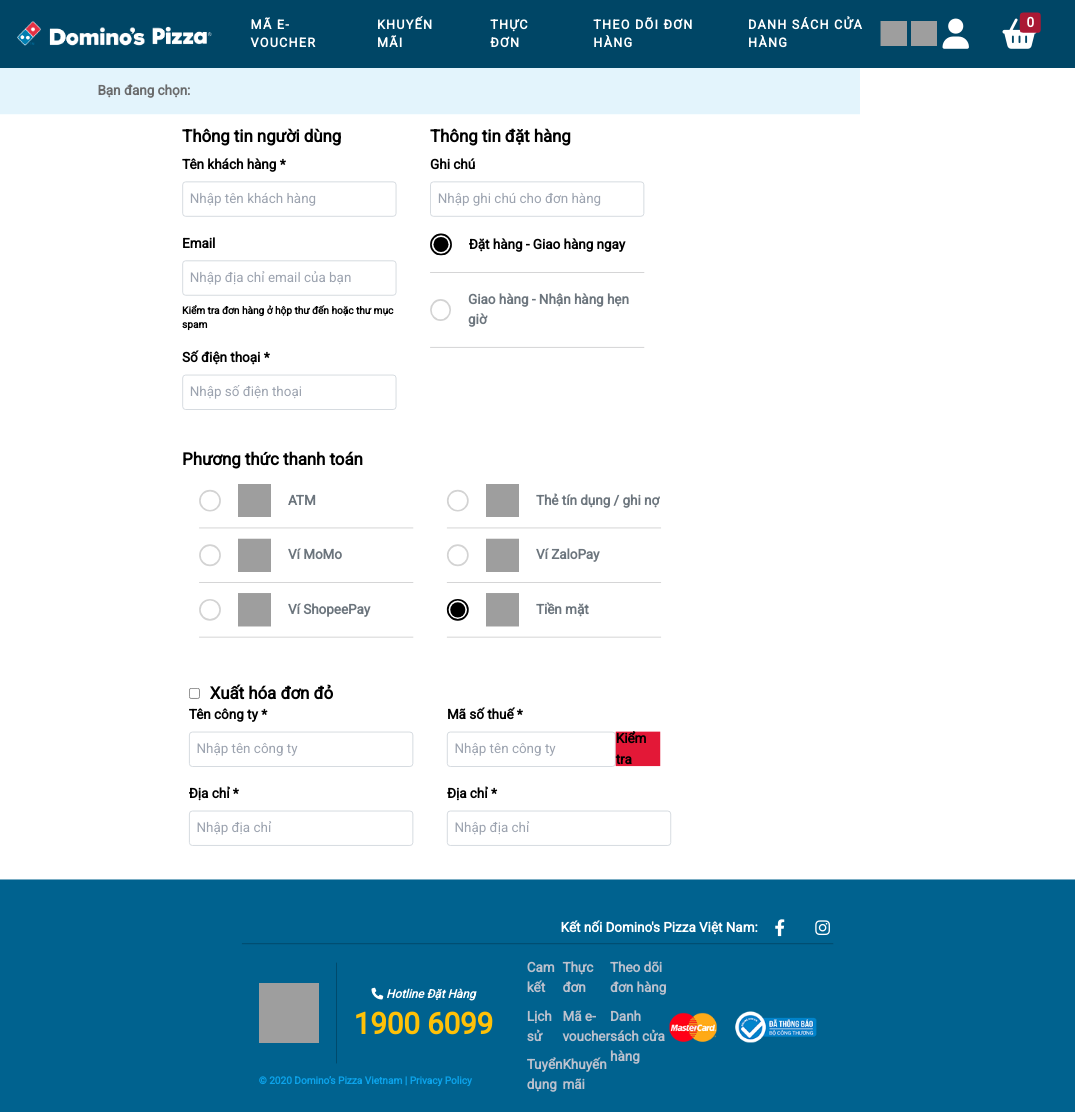
Repository: iphoneboy46/pizza-domino
Page: /thanhtoan
These files come from the project's save history. The page is drawn as it stood at one moment and after the next save; the edit follows.
The browser window is 1280 px wide. The pictures show the whole page, at 84% of full size.
Pictures or frames that could not be fetched are drawn as grey boxes. The page's requests for data from a server got no answer. Some web libraries are served in a nearby version. The project was rebuilt for these pictures with package versions that can differ from the ones it lists, and the page was loaded fresh each time. No one was signed in, and anything a server would have sent is missing. Also part of the build but not shown: src/components/Slides/Slides.css, src/components/Slides/Slides.js, src/components/SearchAddress/SearchAddress.css, src/components/SearchAddress/SearchAddress.js, src/components/page/Order/Order.js, src/components/page/Home/Home.css, src/components/page/Login/Login.css, src/components/page/InputField/InputField.js and 35 more.

Above is the page before, as saved 2023-03-01 14:02:03.

### public/index.html
<!DOCTYPE html>
<html lang="en">
  <head>
    <meta charset="utf-8" />
    <link rel="icon" href="%PUBLIC_URL%/favicon.ico" />
    <meta name="viewport" content="width=device-width, initial-scale=1" />
    <meta name="theme-color" content="#000000" />
    <meta
      name="description"
      content="Web site created using create-react-app"
    />
    <link rel="apple-touch-icon" href="%PUBLIC_URL%/logo192.png" />
    <link rel="stylesheet" href="https://cdnjs.cloudflare.com/ajax/libs/font-awesome/6.1.2/css/all.min.css" integrity="sha512-1sCRPdkRXhBV2PBLUdRb4tMg1w2YPf37qatUFeS7zlBy7jJI8Lf4VHwWfZZfpXtYSLy85pkm9GaYVYMfw5BC1A==" crossorigin="anonymous" referrerpolicy="no-referrer" />
    <!--
      manifest.json provides metadata used when your web app is installed on a
      user's mobile device or desktop. See https://developers.google.com/web/fundamentals/web-app-manifest/
    -->
    <link rel="manifest" href="%PUBLIC_URL%/manifest.json" />
    <!--
      Notice the use of %PUBLIC_URL% in the tags above.
      It will be replaced with the URL of the `public` folder during the build.
      Only files inside the `public` folder can be referenced from the HTML.

      Unlike "/favicon.ico" or "favicon.ico", "%PUBLIC_URL%/favicon.ico" will
      work correctly both with client-side routing and a non-root public URL.
      Learn how to configure a non-root public URL by running `npm run build`.
    -->
    <title>Pizza-Domino</title>
  </head>
  <body>
    <noscript>You need to enable JavaScript to run this app.</noscript>
    <div id="root"></div>
    <!--
      This HTML file is a template.
      If you open it directly in the browser, you will see an empty page.

      You can add webfonts, meta tags, or analytics to this file.
      The build step will place the bundled scripts into the <body> tag.

      To begin the development, run `npm start` or `yarn start`.
      To create a production bundle, use `npm run build` or `yarn build`.
    -->
  </body>
</html>

### src/App.css
@import url('https://fonts.googleapis.com/css2?family=Roboto:wght@300;400&display=swap');

* {
  padding: 0;
  margin: 0;
  box-sizing: border-box;
  font-family: 'Roboto', sans-serif;

}

ul {
  list-style: none;
}

a {
  text-decoration: none;
}

/* width */
::-webkit-scrollbar {
  width: 8px;
  z-index: 1;
}

/* Track */
::-webkit-scrollbar-track {
  background: transparent;
  z-index: 1;
}

/* Handle */
::-webkit-scrollbar-thumb {

  background: #bcc1cb;
  border-radius: 4px;
  z-index: 1;
}



/* Handle on hover */
::-webkit-scrollbar-thumb:hover {
  background: #555;
  z-index: 1;
}

.modal {
  position: fixed;
  top: 0;
  left: 0;
  right: 0;
  bottom: 0;
  z-index: 999;
  width: 100%;
  height: 100vh;
  background-color: rgba(31, 31, 31, 0.595);
}

@media only screen and (max-width: 768px) {
  ::-webkit-scrollbar{
    width: 8px;
    height: 4px;
    z-index: 1;
  }

  ::-webkit-scrollbar-thumb {
    background: #bcc1cb;
    border-radius: 4px;
    z-index: 1;
  }

}

### src/components/Store/Context.js
import {createContext} from 'react';

const Store = createContext();

export default Store;

### src/components/page/ThanhToan/ThanhToan.js
import React, { useContext, useState } from "react";
import Context from "../../Store/Context";
import { FastField, Formik } from "formik";
import * as Yup from "yup";
import InputField2 from "../InputField/InputField2";
import "./ThanhToan.css";
import Select from "react-select";
import { options } from "./Options";

function ThanhToan() {
  const { orderAddress } = useContext(Context);
  const [checked, setChecked] = useState(1);
  const [checkedPay, setCheckedPay] = useState(6);
  const [isChecked, setIsChecked] = useState(false);
  const [checkBox, setCheckBox] = useState(false);

  const initialValues = {
    email: "",
    password: "",
  };

  const validationSchema = Yup.object().shape({
    name: Yup.string().required("Vui lòng nhập tên khách hàng!"),
    phone: Yup.number().required("Vui lòng nhập số điện thoại!"),
  });

  const handleChecked = (id) => {
    setChecked(id);
    if (id === 2) {
      setIsChecked(true);
    } else {
      setIsChecked(false);
    }
  };

  const handleCheckedPay = (id) => {
    setCheckedPay(id);
  };

  const handleCheckBox = (id) => {
    setCheckBox(id);
  };

  return (
    <Formik initialValues={initialValues} validationSchema={validationSchema}>
      <div className="flex justify-between h-[auto] w-[100%]">
        <div className="pt-[80px] w-[80%] overflow-hidden">
          <div className="bg-[#e3f4fc] lg:flex md:flex hidden justify-between items-center">
            <div className="flex items-center  p-4 lg:ml-[100px] md:ml-100px text-[#6a6b6c] font-semibold">
              <h1 className="mr-5">Bạn đang chọn:</h1>
              <h1 className="mr-5 text-[#de1736]">
                {orderAddress.takeAway || orderAddress.deliver}
              </h1>
              <h1>{orderAddress.address}</h1>
            </div>
          </div>
          <div className="w-[60%] m-[auto] flex justify-between items-start p-3">
            <div className="flex-1 mr-10">
              <h1 className="font-bold text-xl mb-2">Thông tin người dùng</h1>
              <label className="font-bold block mb-2" htmlFor="name">
                Tên khách hàng *
              </label>
              <FastField
                name="name"
                component={InputField2}
                placeholder="Nhập tên khách hàng"
                type="text"
              />

              <label className="font-bold block mb-2" htmlFor="email">
                Email
              </label>
              <FastField
                name="email"
                component={InputField2}
                //prop truyen vao input field

                type="email"
                placeholder="Nhập địa chỉ email của bạn"
              />
              <span className="mt-[-10px] block text-xs font-bold mb-5">
                Kiểm tra đơn hàng ở hộp thư đến hoặc thư mục spam
              </span>

              <label className="font-bold block mb-2" htmlFor="email">
                Số điện thoại *
              </label>

              <FastField
                name="phone"
                component={InputField2}
                placeholder="Nhập số điện thoại"
              />
            </div>
            <div className="flex-1 mr-10">
              <h1 className="font-bold text-xl mb-2">Thông tin đặt hàng</h1>
              <label className="font-bold block mb-2" htmlFor="name">
                Ghi chú
              </label>
              <FastField
                name="ghichu"
                component={InputField2}
                placeholder="Nhập ghi chú cho đơn hàng"
                type="text"
              />
              <div>
                <div className="dat-thanh-toan flex items-center mb-5 border-b-[1px] border-[#CDCDCE] pb-5">
                  <input
                    className="input-thanh-toan"
                    id="dathang"
                    type="radio"
                    value="Đặt hàng - Giao hàng ngay"
                    checked={checked === 1}
                    onChange={() => {
                      handleChecked(1);
                    }}
                  />

                  <label for="dathang"></label>
                  <p
                    className={
                      checked === 1
                        ? "ml-5 text-[black] font-bold"
                        : "text-[#6c757d] ml-5 font-bold"
                    }
                  >
                    Đặt hàng - Giao hàng ngay
                  </p>
                </div>
                <div className="dat-thanh-toan flex items-center w-[100%] my-5 border-b-[1px] border-[#CDCDCE] pb-5">
                  <input
                    className="input-thanh-toan"
                    id="giaohang"
                    type="radio"
                    value="Giao hàng - Nhận hàng hẹn giờ"
                    checked={checked === 2}
                    onChange={() => {
                      handleChecked(2);
                    }}
                  />

                  <label for="giaohang"></label>
                  <p
                    className={
                      checked === 2
                        ? "ml-5 text-[black] font-bold"
                        : "text-[#6c757d] ml-5 font-bold"
                    }
                  >
                    Giao hàng - Nhận hàng hẹn giờ
                  </p>
                </div>
                {isChecked && (
                  <div className="w-[100%]">
                    <Select
                      placeholder="Chọn giờ nhận hàng"
                      options={options}
                    />
                  </div>
                )}
              </div>
            </div>
          </div>
          <div className="w-[60%] m-[auto] p-3">
            <h1 className="font-bold text-xl mb-2">Phương thức thanh toán</h1>
            <div className="w-[100%] flex justify-between items-center px-5 py-2">
              <div className="w-[100%] mr-5">
                <div className="dat-thanh-toan flex items-center w-[100%] mb-3 border-b-[1px] border-[#CDCDCE] pb-3">
                  <input
                    className="input-thanh-toan"
                    id="atm"
                    type="radio"
                    value="Đặt hàng - Giao hàng ngay"
                    checked={checkedPay === 1}
                    onChange={() => {
                      handleCheckedPay(1);
                    }}
                  />

                  <label for="atm"></label>
                  <p
                    className={
                      checkedPay === 1
                        ? "ml-5 text-[black] font-bold flex items-center"
                        : "text-[#6c757d] ml-5 font-bold flex items-center"
                    }
                  >
                    <img
                      className="w-[40px] h-[40px] mr-5"
                      src="https://img.dominos.vn/icon-payment-method-atm.png"
                      alt=""
                    />{" "}
                    ATM
                  </p>
                </div>
                <div className="dat-thanh-toan flex items-center w-[100%] mb-3 border-b-[1px] border-[#CDCDCE] pb-3">
                  <input
                    className="input-thanh-toan"
                    id="momo"
                    type="radio"
                    value="Đặt hàng - Giao hàng ngay"
                    checked={checkedPay === 2}
                    onChange={() => {
                      handleCheckedPay(2);
                    }}
                  />

                  <label for="momo"></label>
                  <p
                    className={
                      checkedPay === 2
                        ? "ml-5 text-[black] font-bold flex items-center"
                        : "text-[#6c757d] ml-5 font-bold flex items-center"
                    }
                  >
                    <img
                      className="w-[40px] h-[40px] mr-5"
                      src="https://img.dominos.vn/icon-payment-method-mo-mo.png"
                      alt=""
                    />{" "}
                    Ví MoMo
                  </p>
                </div>
                <div className="dat-thanh-toan flex items-center w-[100%] mb-3 border-b-[1px] border-[#CDCDCE] pb-3">
                  <input
                    className="input-thanh-toan"
                    id="shopee"
                    type="radio"
                    value="Đặt hàng - Giao hàng ngay"
                    checked={checkedPay === 3}
                    onChange={() => {
                      handleCheckedPay(3);
                    }}
                  />

                  <label for="shopee"></label>
                  <p
                    className={
                      checkedPay === 3
                        ? "ml-5 text-[black] font-bold flex items-center"
                        : "text-[#6c757d] ml-5 font-bold flex items-center"
                    }
                  >
                    <img
                      className="w-[40px] h-[40px] mr-5"
                      src="https://img.dominos.vn/shoppepay.png"
                      alt=""
                    />{" "}
                    Ví ShopeePay
                  </p>
                </div>
              </div>
              <div className="w-[100%] ml-5">
                <div className="dat-thanh-toan flex items-center w-[100%] mb-3 border-b-[1px] border-[#CDCDCE] pb-3">
                  <input
                    className="input-thanh-toan"
                    id="tindung"
                    type="radio"
                    value="Đặt hàng - Giao hàng ngay"
                    checked={checkedPay === 4}
                    onChange={() => {
                      handleCheckedPay(4);
                    }}
                  />

                  <label for="tindung"></label>
                  <p
                    className={
                      checkedPay === 4
                        ? "ml-5 text-[black] font-bold flex items-center"
                        : "text-[#6c757d] ml-5 font-bold flex items-center"
                    }
                  >
                    <img
                      className="w-[40px] h-[40px] mr-5"
                      src="https://img.dominos.vn/icon-payment-method-credit.png"
                      alt=""
                    />{" "}
                    Thẻ tín dụng / ghi nợ
                  </p>
                </div>
                <div className="dat-thanh-toan flex items-center w-[100%] mb-3 border-b-[1px] border-[#CDCDCE] pb-3">
                  <input
                    className="input-thanh-toan"
                    id="zalo"
                    type="radio"
                    value="Đặt hàng - Giao hàng ngay"
                    checked={checkedPay === 5}
                    onChange={() => {
                      handleCheckedPay(5);
                    }}
                  />

                  <label for="zalo"></label>
                  <p
                    className={
                      checkedPay === 5
                        ? "ml-5 text-[black] font-bold flex items-center"
                        : "text-[#6c757d] ml-5 font-bold flex items-center"
                    }
                  >
                    <img
                      className="w-[40px] h-[40px] mr-5"
                      src="https://img.dominos.vn/icon-payment-method-zalo-pay.png"
                      alt=""
                    />{" "}
                    Ví ZaloPay
                  </p>
                </div>
                <div className="dat-thanh-toan flex items-center w-[100%] mb-3 border-b-[1px] border-[#CDCDCE] pb-3">
                  <input
                    className="input-thanh-toan"
                    id="tienmat"
                    type="radio"
                    value="Đặt hàng - Giao hàng ngay"
                    checked={checkedPay === 6}
                    onChange={() => {
                      handleCheckedPay(6);
                    }}
                  />

                  <label for="tienmat"></label>
                  <p
                    className={
                      checked === 6
                        ? "ml-5 text-[black] font-bold flex items-center"
                        : "text-[#6c757d] ml-5 font-bold flex items-center"
                    }
                  >
                    <img
                      className="w-[40px] h-[40px] mr-5"
                      src="https://img.dominos.vn/cash.png"
                      alt=""
                    />{" "}
                    Tiền mặt
                  </p>
                </div>
              </div>
            </div>
          </div>
          <div className="w-[60%] m-[auto] p-5">
            <div className="flex items-center">
              <input
                onChange={() => {
                  handleCheckBox(!checkBox);
                }}
                type="checkbox"
                checked={checkBox}
              />{" "}
              <h1 className="text-xl font-bold ml-3">Xuất hóa đơn đỏ</h1>
            </div>
            <div className="flex justify-between items-start w-[100%]">
              <div className="w-[100%] mr-5">
                <label className="font-bold block mb-2" htmlFor="nameCompany">
                  Tên công ty *
                </label>
                <FastField
                  name="nameCompany"
                  component={InputField2}
                  placeholder="Nhập tên công ty"
                  type="text"
                />

                <label className="font-bold block mb-2" htmlFor="address">
                  Địa chỉ *
                </label>
                <FastField
                  name="address"
                  component={InputField2}
                  //prop truyen vao input field

                  type="text"
                  placeholder="Nhập địa chỉ"
                />
              </div>
              <div className="w-[100%] ml-5">
                <div className="w-[100%]" >
                  <label className="font-bold block mb-2" htmlFor="nameCompany">
                    Mã số thuế *
                  </label>
                  <div className="flex w-[100%]">
                    <FastField
                    className="w-[80%]"
                      name="nameCompany"
                      component={InputField2}
                      placeholder="Nhập tên công ty"
                      type="text"
                    />
                    <div className="w-[20%] flex justify-center items-center font-bold bg-[#E31837] h-[41px]">Kiểm tra</div>
                  </div>
                </div>

                <label className="font-bold block mb-2" htmlFor="address">
                  Địa chỉ *
                </label>
                <FastField
                  name="address"
                  component={InputField2}
                  //prop truyen vao input field

                  type="text"
                  placeholder="Nhập địa chỉ"
                />
              </div>
            </div>
          </div>
        </div>

        <div className="w-[20%]"></div>
      </div>
    </Formik>
  );
}

export default ThanhToan;

### src/components/page/ThanhToan/ThanhToan.css
.dat-thanh-toan > label{
    width: 26px;
    height: 26px;
    border: 2px solid lightgrey;
    border-radius: 50%;
    display: inline-block;
    position: relative;
}

.dat-thanh-toan > label:after {
    content: "";
    position: absolute;
    width: 18px;
    height: 18px;
    border-radius: 50%;
    top: 50%;
    left: 50%;
    transform: translate(-50%,-50%);
    background-color:black;
    display: none;
}

.dat-thanh-toan > label::before {
    content: "";
    width: 26px;
    height: 26px;
    border: 2px solid black;
    border-radius: 50%;
    display: inline-block;
    position: absolute;
    top: -2px;
    left: -2px;
    display: none;
}


/* .input-dat-hang{
    display: block !important;
} */

.input-thanh-toan:checked ~  label::after {
    display: block;
}



.input-thanh-toan:checked ~  label::before {
    display: block;
}

### src/components/page/SignIn/SignIn.css
.email:focus{
    border-color:#80bdff !important;
    border-style: solid;
    outline: none;
    box-shadow: 0px 0px 12px #80bdff;
}

.pass-word:focus{
    border-color:#80bdff !important;
    border-style: solid;
    outline: none;
    box-shadow: 0px 0px 12px #80bdff;
}

### src/components/page/Order/Order.css
input[type="radio"] {
    display: none;
}

.labelOd:before {
    width: 30px;
    height: 30px;
    border-radius: 50%;
    position: absolute;
    top: -4px;
    left: -35px;
    content: '';
    background: #fff;
    border: 1px solid lightgray;
}

input[type="radio"]:checked ~ .labelOd:after {
    width: 20px;
    height: 20px;
    border-radius: 50%;
    position: absolute;
    top: 1px;
    left: -30px;
    content: '';
    background:black;
}

input[type="radio"]:checked ~ .labelOd::before {
    width: 30px;
    height: 30px;
    border-radius: 50%;
    position: absolute;
    padding: 10px;
    top: -4px;
    left: -35px;
    content: '';
    border: 1px solid black;
}

### src/components/page/OrderEdit/OrderEdit.css
input[type="radio"] {
    display: none;
}

.labelOd:before {
    width: 30px;
    height: 30px;
    border-radius: 50%;
    position: absolute;
    top: -4px;
    left: -35px;
    content: '';
    background: #fff;
    border: 1px solid lightgray;
}

input[type="radio"]:checked ~ .labelOd:after {
    width: 20px;
    height: 20px;
    border-radius: 50%;
    position: absolute;
    top: 1px;
    left: -30px;
    content: '';
    background:black;
}

input[type="radio"]:checked ~ .labelOd::before {
    width: 30px;
    height: 30px;
    border-radius: 50%;
    position: absolute;
    padding: 10px;
    top: -4px;
    left: -35px;
    content: '';
    border: 1px solid black;
}

### tailwind.config.js
/** @type {import('tailwindcss').Config} */
module.exports = {
    content: [
        "./src/**/*.{js,jsx,ts,tsx}",
    ],
    theme: {
        extend: {

        },
        colors:{
            'wh' : 'rgba(255, 255, 255, 0.75)',
            'wh1' : 'rgba(255, 255, 255, 0.1)',
            'white' : '#fff',
            'yellowcustom': '#ffc107',
            'graycustom':'#bcc1cd',
            'shadowColor': 'rgb(0 42 61 / 16%)'
        }
    },
    plugins: [],
}

Loaded but not shown: src/index.css (common file); src/reportWebVitals.js (common file); src/components/Data/Data.js (1146 lines, source omitted); src/components/Header/Header.js (198 lines, source omitted); src/components/Store/Provider.js (185 lines, source omitted); src/components/Footer/Footer.js (105 lines, source omitted); src/components/page/ThanhToan/Options.js (271 lines, source omitted); src/App.js (95 lines, source omitted); src/routes/Routes.js (31 lines, source omitted); src/components/page/InputField/InputField2.js (30 lines, source omitted); src/index.js (21 lines, source omitted)

After the next save:
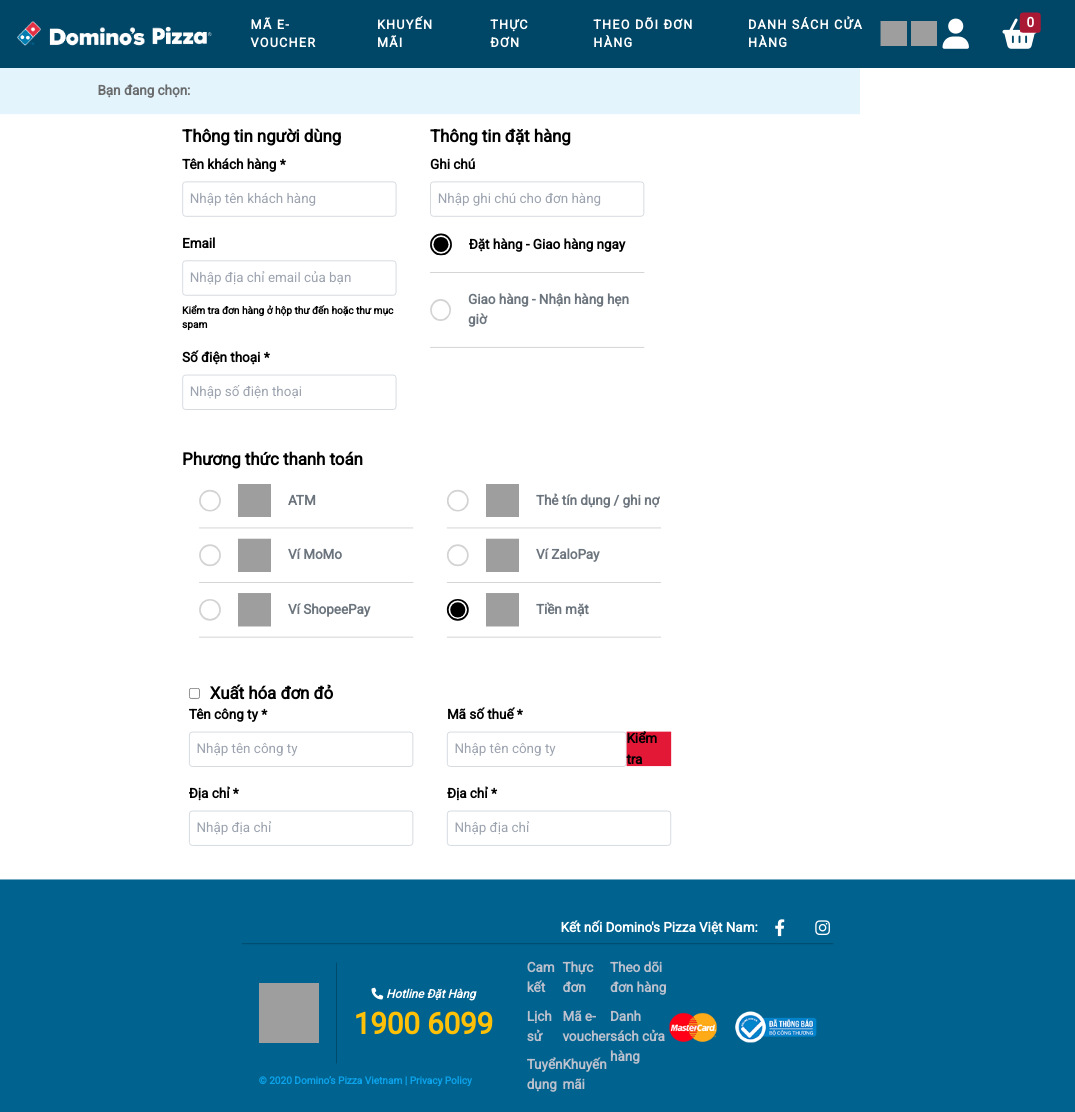
Saved 19 s later.
--- a/src/components/page/ThanhToan/ThanhToan.js
+++ b/src/components/page/ThanhToan/ThanhToan.js
@@ -379,13 +379,14 @@
                     Mã số thuế *
                   </label>
                   <div className="flex w-[100%]">
-                    <FastField
-                    className="w-[80%]"
-                      name="nameCompany"
-                      component={InputField2}
-                      placeholder="Nhập tên công ty"
-                      type="text"
-                    />
+                    <div className="w-[80%]">
+                      <FastField
+                        name="nameCompany"
+                        component={InputField2}
+                        placeholder="Nhập tên công ty"
+                        type="text"
+                      />
+                    </div>
                     <div className="w-[20%] flex justify-center items-center font-bold bg-[#E31837] h-[41px]">Kiểm tra</div>
                   </div>
                 </div>
